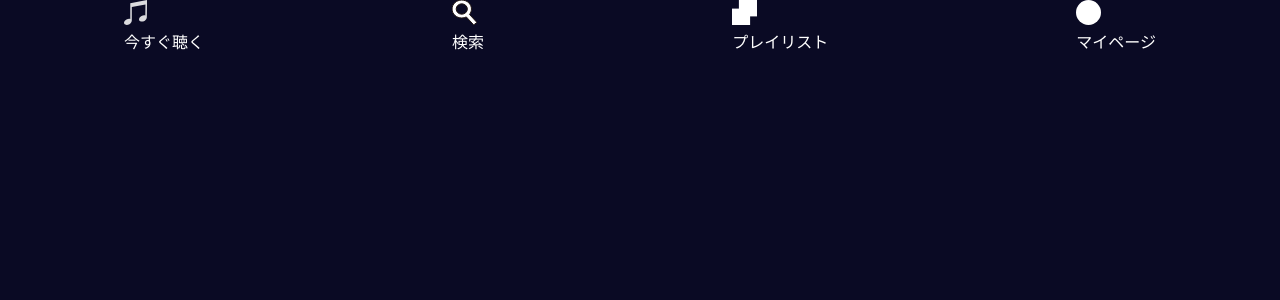
Repository: FujieRyou/2024_team
Page: /components/nav
The author's editor kept a copy of each file at every save. The page is drawn from the files as they stood at one save, then again after the next save.
The browser window is 1280 px wide. The pictures show the whole page.
The project was rebuilt for these pictures with package versions that can differ from the ones it lists, and the page was loaded fresh each time. The framework's server and built-in components were replaced by stand-ins that run in the browser. Also part of the build but not shown: next.config.js.

Above is the page before, as saved 2024-01-09 11:24:17.

After the next save:
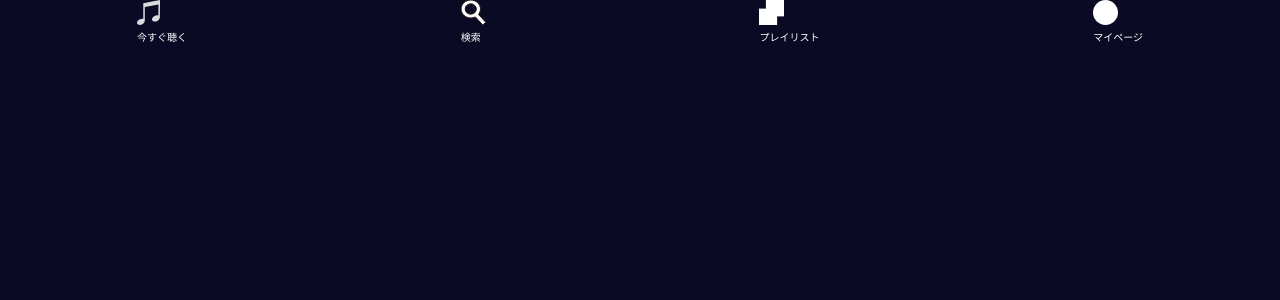
Saved 53 s later.
--- a/src/styles/index.css
+++ b/src/styles/index.css
@@ -10,6 +10,10 @@ nav{
     height: 81px;
     display: flex;
     justify-content: space-around;
+}
+
+.iconWrap > p{
+    font-size: 10px;
 }
 
 .loginWrap{
